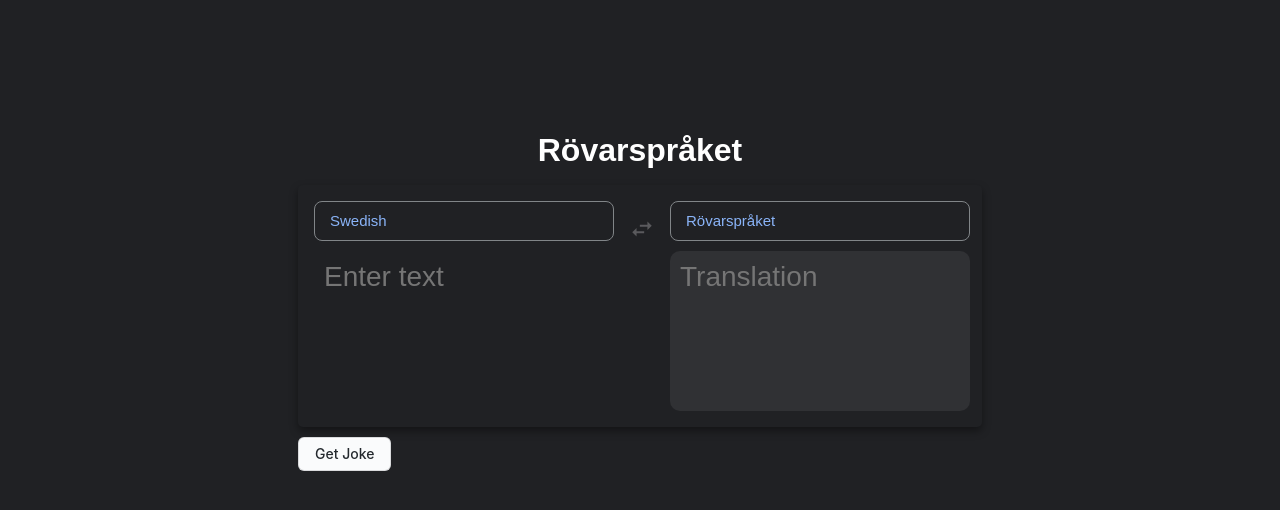
Repository: ShamroOoz/R-varspr-ket-Translator
Page: /
The author's editor kept a copy of each file at every save. The page is drawn from the files as they stood at one save, then again after the next save.
The browser window is 1280 px wide. The pictures show the whole page.
The project was rebuilt for these pictures with package versions that can differ from the ones it lists, and the page was loaded fresh each time.

Above is the page before, as saved 2022-05-18 00:03:23.

### public/index.html
<!DOCTYPE html>
<html lang="en">
  <head>
    <meta charset="utf-8" />
    <link rel="icon" href="%PUBLIC_URL%/favicon.ico" />
    <meta name="viewport" content="width=device-width, initial-scale=1" />
    <meta name="theme-color" content="#000000" />
    <meta
      name="description"
      content="Web site created using create-react-app"
    />
    <link rel="apple-touch-icon" href="%PUBLIC_URL%/logo192.png" />
    <!--
      manifest.json provides metadata used when your web app is installed on a
      user's mobile device or desktop. See https://developers.google.com/web/fundamentals/web-app-manifest/
    -->
    <link rel="manifest" href="%PUBLIC_URL%/manifest.json" />
    <!--
      Notice the use of %PUBLIC_URL% in the tags above.
      It will be replaced with the URL of the `public` folder during the build.
      Only files inside the `public` folder can be referenced from the HTML.

      Unlike "/favicon.ico" or "favicon.ico", "%PUBLIC_URL%/favicon.ico" will
      work correctly both with client-side routing and a non-root public URL.
      Learn how to configure a non-root public URL by running `npm run build`.
    -->
    <title>Översättare - Rövarspråket</title>
  </head>
  <body>
    <noscript>You need to enable JavaScript to run this app.</noscript>
    <div id="root"></div>
    <!--
      This HTML file is a template.
      If you open it directly in the browser, you will see an empty page.

      You can add webfonts, meta tags, or analytics to this file.
      The build step will place the bundled scripts into the <body> tag.

      To begin the development, run `npm start` or `yarn start`.
      To create a production bundle, use `npm run build` or `yarn build`.
    -->
  </body>
</html>

### src/index.css
* {
  font-family: arial, sans-serif;
}

body {
  margin: 0;
  background-color: #202124;
  display: flex;
  justify-content: center;
  height: 80vh;
  align-items: center;
}

h2 {
  color: #fff;
  font-size: 2rem;
  font-weight: bold;
  margin-bottom: 1rem;
  text-align: center;
  margin-bottom: 1rem;
}

.app {
  display: flex;
  width: 652px;
  height: 210px;
  padding: 1rem;
  box-shadow: 0 4px 8px 0 rgba(0, 0, 0, 0.4);
  transition: 0.3s;
  border-radius: 5px; /* 5px rounded corners */
}

.output,
.input {
  display: flex;
  flex-direction: column;
  width: 300px;
}

textarea {
  background-color: transparent;
  color: #bdc1c6;
  border: none;
  resize: none;
  padding: 10px;
  width: 280px !important;
  height: 146px;
  border-radius: 10px;
  outline: none;
  overflow: auto;
  font-size: 28px;
  margin-top: 10px;
}

.output textarea {
  background-color: #303134;
}

.arrow-container {
  padding: 15px;
  cursor: pointer;
}
.arrow-container svg:hover {
  fill: #fff;
}

.arrow-container svg {
  width: 26px;
  height: 26px;
  fill: #5a5a5d;
}

input {
  border: 1px solid #818588;
  border-radius: 8px;
  box-sizing: border-box;
  color: #bdc1c6;
  font-size: 14px;
  height: 40px;
  background-color: transparent;
  width: 100%;
}

.select-drop-down input {
  color: #8ab4f8;
  padding: 5px 15px;
  font-size: 15px;
}

.input .delete {
  position: relative;
  left: 260px;
  top: -110px;
  font-size: 50px;
  color: #bdc1c6;
  cursor: pointer;
}
.input .delete:hover {
  color: #8ab4f8;
}

/* CSS */
.button {
  appearance: none;
  background-color: #fafbfc;
  border: 1px solid rgba(27, 31, 35, 0.15);
  border-radius: 6px;
  box-shadow: rgba(27, 31, 35, 0.04) 0 1px 0,
    rgba(255, 255, 255, 0.25) 0 1px 0 inset;
  box-sizing: border-box;
  color: #24292e;
  cursor: pointer;
  display: inline-block;
  font-family: -apple-system, system-ui, "Segoe UI", Helvetica, Arial,
    sans-serif, "Apple Color Emoji", "Segoe UI Emoji";
  font-size: 14px;
  font-weight: 500;
  line-height: 20px;
  list-style: none;
  padding: 6px 16px;
  position: relative;
  margin-top: 10px;
}

.button:hover {
  background-color: #f3f4f6;
  text-decoration: none;
  transition-duration: 0.1s;
}

### src/App.js
/* eslint-disable react/style-prop-object */
import { useState, useEffect, useMemo } from "react";
import TextBox from "./components/TextBox";
import Arrows from "./components/Arrows";

function App() {
  const [inputLanguage, setInputLanguage] = useState("Swedish");
  const [outputLanguage, setOutputLanguage] = useState("Rövarspråket");
  const [textToTranslate, setTextToTranslate] = useState("");
  const [translatedText, setTranslatedText] = useState("");

  useEffect(() => {
    if (textToTranslate) {
      setTranslatedText(
        outputLanguage === "Rövarspråket" ? encoded() : decoded()
      );
    }
    // eslint-disable-next-line react-hooks/exhaustive-deps
  }, [textToTranslate]);

  const encoded = useMemo(
    () => () => {
      let consonants = "BbCcDdFfGgHhJjKkLlMmNnPpQqRrSsTtVvWwXxYyZz";
      let new_word = [];
      for (let x of textToTranslate) {
        consonants.includes(x) ? new_word.push(x + "o" + x) : new_word.push(x);
      }
      return new_word.join("");
    },
    [textToTranslate]
  );

  const decoded = useMemo(
    () => () => {
      let consonants = "BbCcDdFfGgHhJjKkLlMmNnPpQqRrSsTtVvWwXxYyZz";
      let new_word = "";
      let index = 0;
      while (index < textToTranslate.length) {
        new_word += textToTranslate[index];
        consonants.includes(textToTranslate[index])
          ? (index += 3)
          : (index += 1);
      }
      return new_word;
    },
    [textToTranslate]
  );

  const handleClick = () => {
    setInputLanguage(outputLanguage);
    setOutputLanguage(inputLanguage);
    if (textToTranslate && translatedText) {
      setTextToTranslate(translatedText);
    }
  };

  return (
    <>
      <h2>Rövarspråket</h2>
      <div className="app">
        <TextBox
          style="input"
          selectedLanguage={inputLanguage}
          setTextToTranslate={setTextToTranslate}
          textToTranslate={textToTranslate}
          setTranslatedText={setTranslatedText}
        />
        <div className="arrow-container" onClick={handleClick}>
          <Arrows />
        </div>
        <TextBox
          style="output"
          selectedLanguage={outputLanguage}
          translatedText={translatedText}
        />
      </div>
      <button class="button" type="button">
        Get Joke
      </button>
    </>
  );
}

export default App;

### src/components/TextBox.js
import SelectDropDown from "./SelectDropDown";

const TextBox = ({
  style,
  selectedLanguage,
  setTextToTranslate,
  textToTranslate,
  translatedText,
  setTranslatedText,
}) => {
  const handleClick = () => {
    setTextToTranslate("");
    setTranslatedText("");
  };
  return (
    <div className={style}>
      <SelectDropDown selectedLanguage={selectedLanguage} />
      <textarea
        disabled={style === "output"}
        className={style}
        placeholder={style === "input" ? "Enter text" : "Translation"}
        onChange={(e) => setTextToTranslate(e.target.value)}
        value={style === "input" ? textToTranslate : translatedText}
      />
      {style === "input" && textToTranslate && (
        <div className="delete" onClick={handleClick}>
          ˟
        </div>
      )}
    </div>
  );
};

export default TextBox;

### src/components/Arrows.js
const Arrows = () => {
  return (
    <svg
      focusable="false"
      xmlns="http://www.w3.org/2000/svg"
      viewBox="0 0 24 24"
    >
      <path d="M6.99 11L3 15l3.99 4v-3H14v-2H6.99v-3zM21 9l-3.99-4v3H10v2h7.01v3L21 9z"></path>
    </svg>
  );
};

export default Arrows;

### src/components/SelectDropDown.js
const SelectDropDown = ({ selectedLanguage }) => {
  return (
    <div className="select-drop-down">
      <input value={selectedLanguage} />
    </div>
  );
};

export default SelectDropDown;

Loaded but not shown: src/index.js (common file)

After the next save:
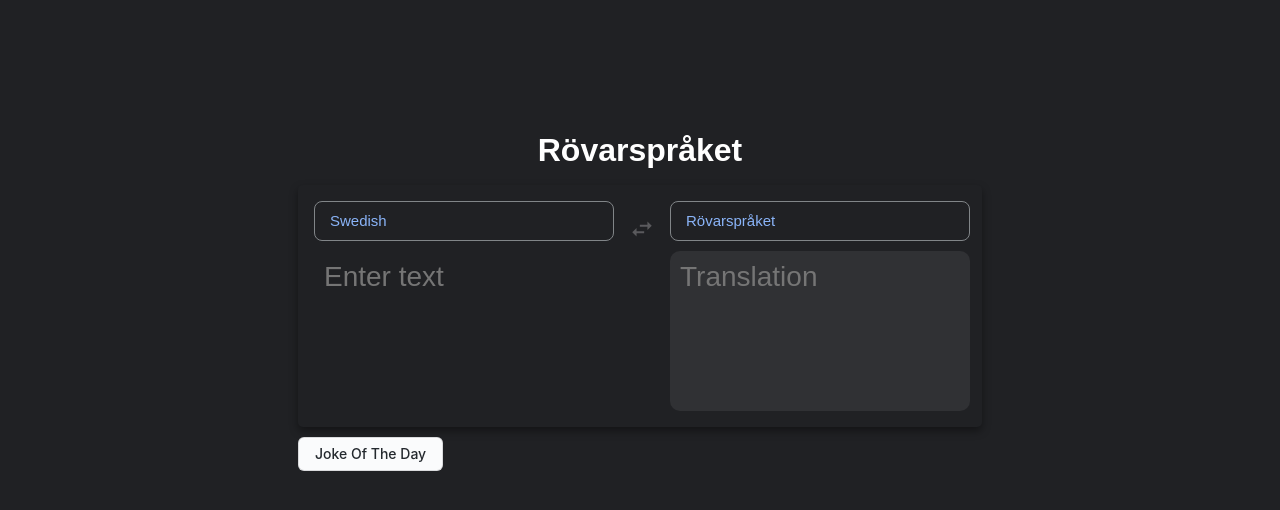
Saved 61 s later.
--- a/src/App.js
+++ b/src/App.js
@@ -75,7 +75,7 @@ function App() {
         />
       </div>
       <button class="button" type="button">
-        Get Joke
+        Joke Of The Day
       </button>
     </>
   );
